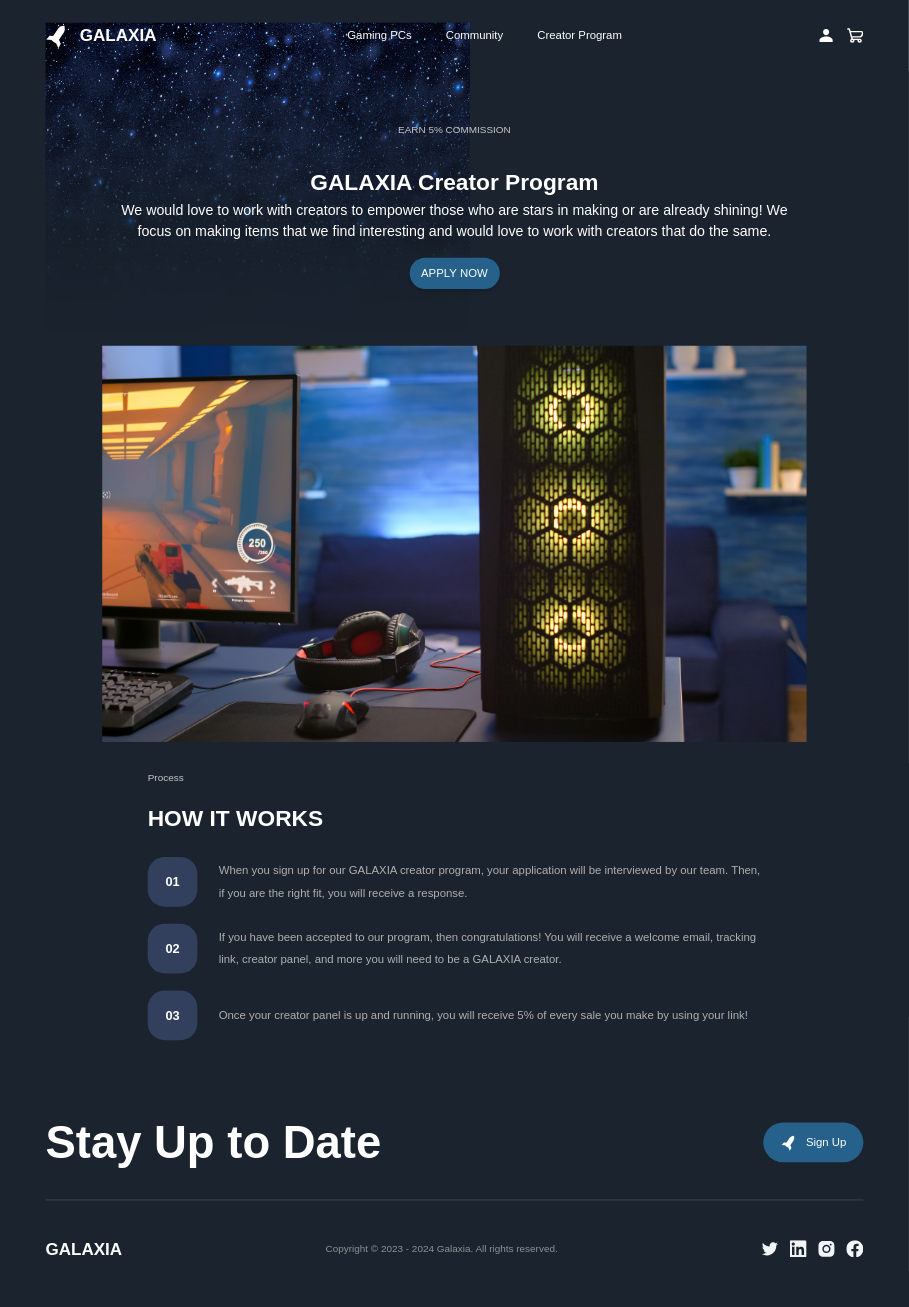
Repository: kaitlynlie/galaxia_pcs
Page: /creator
An editor plug-in stored every save of this project. The page is shown before and after the next save, followed by the edit.
The browser window is 1280 px wide. The pictures show the whole page, at 71% of full size.
Some web fonts or font styles are not loaded; a fallback is used. The project was rebuilt for these pictures with package versions that can differ from the ones it lists, and the page was loaded fresh each time. Also part of the build but not shown: vite.config.js, components/Button.jsx, components/PCcard.jsx, sections/Hero.jsx, sections/Triton.jsx, sections/Neptune.jsx, sections/Jupiter.jsx, sections/WhyUs.jsx and 7 more. Imported but missing from the stored project, and not drawn on this page: src/assets/video.mp4.

Above is the page before, as saved 2023-08-08 19:36:13.

After the next save:
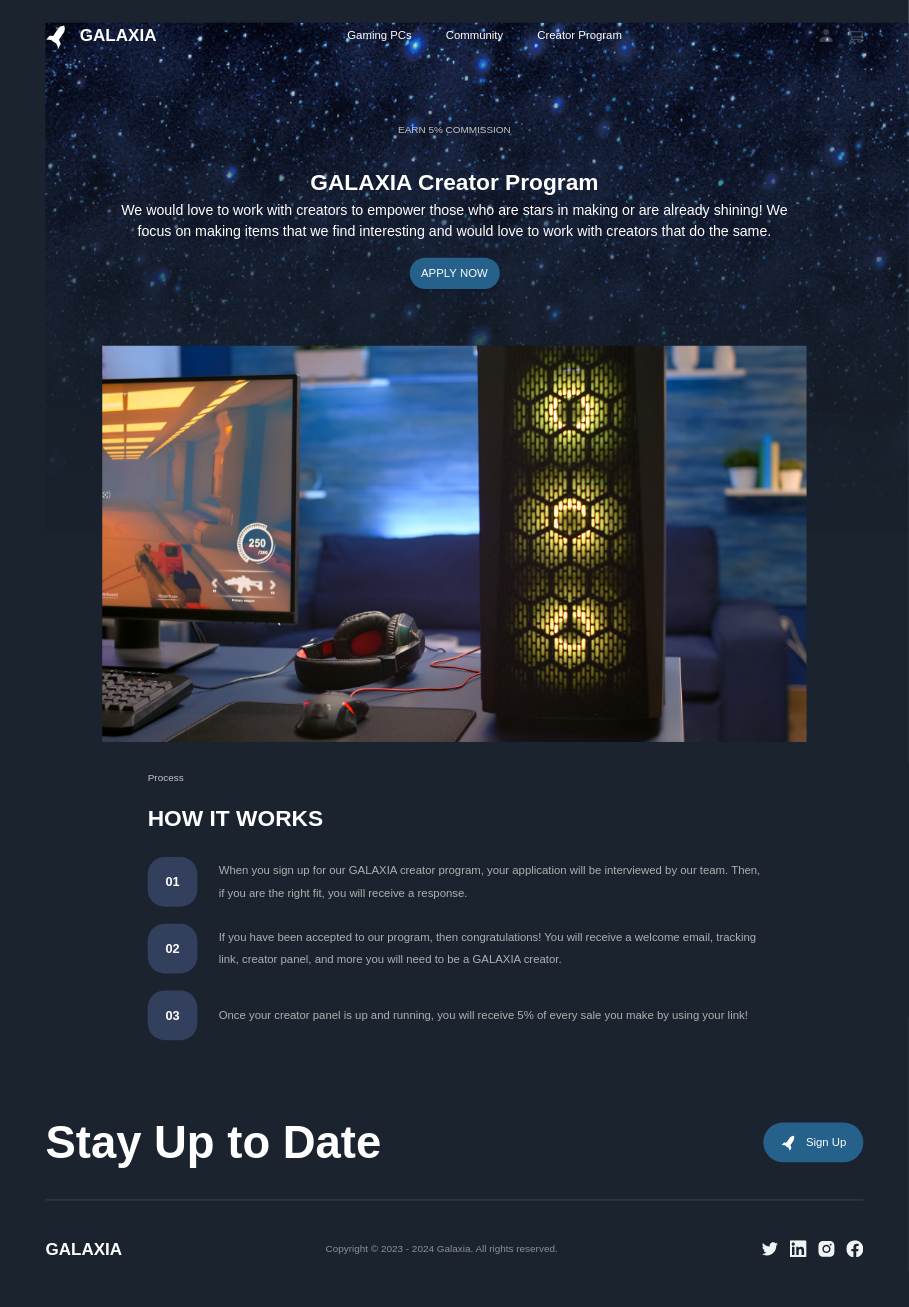
Saved 83 s later.
--- a/components/Navbar.jsx
+++ b/components/Navbar.jsx
@@ -26,7 +26,7 @@
     <img
           src='./stars.png'
           alt='stars'
-          className="z-0 absolute"
+          className="z-0 absolute w-screen h-screen object-cover object-center"
     />
     <div className={`${styles.innerWidth} mx-auto flex justify-between gap-8 inline-block`}>
       <div className="flex flex-row gap-4 z-10">
